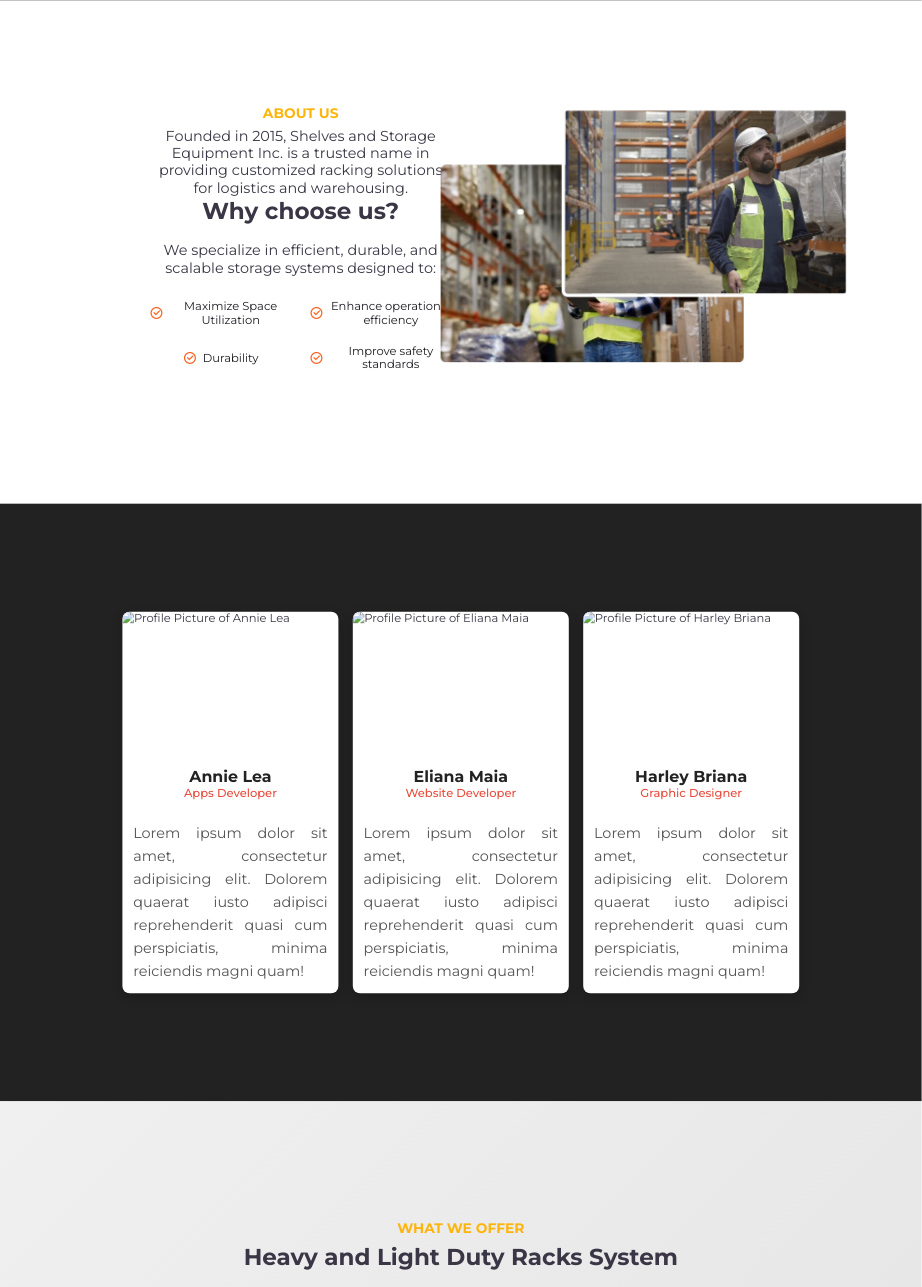
Repository: jahatesu/shelves-and-storage-equipment
Page: index.html
These files come from the project's save history. The page is drawn as it stood at one moment and after the next save; the edit follows.
The browser window is 1280 px wide. The pictures show the part of the page from y = 720 to 2508 px (the page is 7059 px tall before and 7810 px after), at 72% of full size.
A picture or video elsewhere on the page could not be fetched, so the positions and the page height are approximate. Backgrounds fixed to the window are drawn as part of the page. Some web fonts or font styles are not loaded; a fallback is used. Some web libraries are served in a nearby version.

Above is the page before, as saved 2025-01-25 19:17:02.
Console error: TypeError: Cannot read properties of null (reading 'querySelector')

### index.html
<!DOCTYPE html>
<html lang="en">
<head>
    <meta charset="UTF-8">
    <meta name="viewport" content="width=device-width, initial-scale=1.0">
    <!-- Remix Icons -->
    <link rel="stylesheet" href="https://cdnjs.cloudflare.com/ajax/libs/remixicon/4.2.0/remixicon.css">
    <!-- Swiper CSS -->
    <link rel="stylesheet" href="assets\js\swiper-bundle.min.js" />
    <!-- CSS -->
    <link rel="stylesheet" href="style.css">
    <script src="https://cdnjs.cloudflare.com/ajax/libs/jquery/3.7.1/jquery.min.js"></script>
    <title>Shelves and Storage</title>
    <link rel="stylesheet" href="https://fonts.googleapis.com/css?family=Material+Symbols+Rounded&opsz,wght,FILL,GRAD@48,400,0,0" />
    <script  src="https://kit.fontawesome.com/64d58efce2.js" crossorigin="anonymous" ></script>
</head>

<body>

    <!-- Navigation Bar -->
    <header class="transparent">
        <div class="logo">
            <img src="assets\images\logo.png" alt="Shelves and Storage Logo">
        </div>

        <div class="navigation">
            <input type="checkbox" id="nav-checkbox">
            <label for="nav-checkbox" class="nav-toggle">
                <i class="ri-menu-fill"></i>
            </label>

            <ul class="nav-menu">
                <li><a href="#">Home</a></li>
                <li><a href="#">About Us</a></li>
                <li><a href="#">Services</a></li>
                <li><a href="#">Products</a></li>
                <li><a href="#">Contact Us</a></li>
            </ul>
        </div>
    </header>

    <!-- Hero Section -->
    <div class="hero">
        <h1 class="animate__animated animate__fadeInDown">Shelves and Storage Equipment</h1>
        <h3 class="animate__animated animate__fadeInUp">Storage and Racking Expert</h3>
    </div>



<!-- About Section -->
<section class="about section" id="about">
    <div class="about_container container grid">
        <div class="about_data">
            <span class="section_subtitle">ABOUT US</span>
            <p>
                Founded in 2015, Shelves and Storage Equipment Inc. is a trusted name in providing customized racking solutions for logistics and warehousing.
            </p>
            <h2 class="section_title">Why choose us?</h2>
            <p class="about_description">
                We specialize in efficient, durable, and scalable storage systems designed to:
            </p>
            <ul class="about_list grid">
                <li class="about_list-item">
                    <i class="ri-checkbox-circle-line"></i>
                    <span>Maximize Space Utilization</span>
                </li>
                <li class="about_list-item">
                    <i class="ri-checkbox-circle-line"></i>
                    <span>Enhance operational efficiency</span>
                </li>
                <li class="about_list-item">
                    <i class="ri-checkbox-circle-line"></i>
                    <span> Durability</span>
                </li>
                <li class="about_list-item">
                    <i class="ri-checkbox-circle-line"></i>
                    <span>Improve safety standards</span>
                </li>
            </ul>
        </div>
        <div class="about_images">
            <img src="assets/images/about_img1.png" alt="image" class="about_img1">
            <img src="assets/images/about_img2.png" alt="image" class="about_img2">
        </div>
    </div>
</section>

<!-- Services Section -->
<div class="services-container">
    <div class="service-card">
      <div class="card-image">
        <img src="#" alt="Profile Picture of Annie Lea">
      </div>
      <div class="card-header">
        <h3 class="name">Annie Lea</h3>
        <p class="role">Apps Developer</p>
      </div>
      <div class="card-content">
        <p>Lorem ipsum dolor sit amet, consectetur adipisicing elit. Dolorem quaerat iusto adipisci reprehenderit quasi cum perspiciatis, minima reiciendis magni quam!</p>
      </div>
    </div>
    <div class="service-card">
      <div class="card-image">
        <img src="#" alt="Profile Picture of Eliana Maia">
      </div>
      <div class="card-header">
        <h3 class="name">Eliana Maia</h3>
        <p class="role">Website Developer</p>
      </div>
      <div class="card-content">
        <p>Lorem ipsum dolor sit amet, consectetur adipisicing elit. Dolorem quaerat iusto adipisci reprehenderit quasi cum perspiciatis, minima reiciendis magni quam!</p>
      </div>
    </div>
    <div class="service-card">
      <div class="card-image">
        <img src="#" alt="Profile Picture of Harley Briana">
      </div>
      <div class="card-header">
        <h3 class="name">Harley Briana</h3>
        <p class="role">Graphic Designer</p>
      </div>
      <div class="card-content">
        <p>Lorem ipsum dolor sit amet, consectetur adipisicing elit. Dolorem quaerat iusto adipisci reprehenderit quasi cum perspiciatis, minima reiciendis magni quam!</p>
      </div>
    </div>
  </div>

<!-- what we offer -->
<section class="services section" id="services">
    <div class="services_container container grid">
        <div class="services_data">
            <div>
                <span class="section_subtitle">WHAT WE OFFER</span>
                <h2 class="section_title">Heavy and Light Duty Racks System</h2>
            </div>
        </div>
        <div class="services_grid">
            <article class="services_card">
                <div class="services_icon">
                    <img src="/assets/images/driveInRack.jpg" alt="Drive in Rack">
                </div>
                <h3 class="services_title">Drive in Rack</h3>
                <p>
                    Forklifts drive into storage lanes, reducing aisle space. Perfect for bulk storage.
                </p>
            </article>
            <article class="services_card">
                <div class="services_icon">
                    <img src="assets/images/cantileverRack.jpg" alt="Cantilever Rack">
                </div>
                <h3 class="services_title">Cantilever Rack</h3>
                <p>
                    Ideal for long, bulky items. Easy loading and unloading, maximizes space. Available in single or double-sided options.
                </p>
            </article>
            <article class="services_card">
                <div class="services_icon">
                    <img src="assets/images/mezzanineFloorRack.jpg" alt="Mezzanine Floor">
                </div>
                <h3 class="services_title">Mezzanine Floor</h3>
                <p>
                    Cost-effective, customizable, and durable. Ideal for storage, offices, or production areas.
                </p>
            </article>
            <article class="services_card">
                <div class="services_icon">
                    <img src="assets/images/radioShuttle.jpeg" alt="Radio Shuttle">
                </div>
                <h3 class="services_title">Radio Shuttle Racking</h3>
                <p>
                    Optimize warehouse space and efficiency. Semi-automated, high-density storage. Fast pallet handling, both FIFO and LIFO.
                </p>
            </article>
        </div>
    </div>
</section>

<!-- products -->
<section class="projects section" id="projects">
    <h2 class="section_title_products">Our Products</h2>
    <div class="projects_container container grid">
        <article class="projects_card">
            <img src="assets/images/narrowAisle.jpg" alt="Narrow Aisle Pallet Racking" class="projects_img">
            <div class="projects_data">
                <h2 class="projects_title">Narrow Aisle Pallet Racking</h2>
            </div>
        </article>
        <article class="projects_card">
            <img src="assets/images/doubleDeep.jpg" alt="Double Deep Pallet Racking" class="projects_img">
            <div class="projects_data">
                <h2 class="projects_title">Double Deep Pallet Racking</h2>
            </div>
        </article>
        <article class="projects_card">
            <img src="assets/images/lightDuty.webp" alt="Light Duty Shelves" class="projects_img">
            <div class="projects_data">
                <h2 class="projects_title">Light Duty Shelves</h2>
            </div>
        </article>
        <article class="projects_card">
            <img src="assets/images/boltLess.webp" alt="Boltless Racks" class="projects_img">
            <div class="projects_data">
                <h2 class="projects_title">Boltless Racks</h2>
            </div>
        </article>
        <article class="projects_card">
            <img src="assets/images/counterBalance.jpg" alt="Tailift Counter Balance" class="projects_img">
            <div class="projects_data">
                <h2 class="projects_title">Tailift Counter Balance</h2>
            </div>
        </article>
        <article class="projects_card">
            <img src="assets/images/reachTruck.jpg" alt="Tailift Reach Truck" class="projects_img">
            <div class="projects_data">
                <h2 class="projects_title">Tailift Reach Truck</h2>
            </div>
        </article>
        <article class="projects_card">
            <img src="assets/images/palletRack.webp" alt="Pallet Rack" class="projects_img">
            <div class="projects_data">
                <h2 class="projects_title">Pallet Rack</h2>
            </div>
        </article>
        <article class="projects_card">
            <img src="assets/images/slottedRack.webp" alt="Slotted Rack" class="projects_img">
            <div class="projects_data">
                <h2 class="projects_title">Slotted Rack</h2>
            </div>
        </article>
        <article class="projects_card">
            <img src="assets/images/smRack.webp" alt="Supermarket Rack" class="projects_img">
            <div class="projects_data">
                <h2 class="projects_title">Supermarket Rack</h2>
            </div>
        </article>
        <article class="projects_card">
            <img src="assets/images/shoppingTrolley.jpg" alt="Shopping Trolley" class="projects_img">
            <div class="projects_data">
                <h2 class="projects_title">Shopping Trolley</h2>
            </div>
        </article>
        <article class="projects_card">
            <img src="assets/images/shoppingBasket.jpg" alt="Shopping Basket" class="projects_img">
            <div class="projects_data">
                <h2 class="projects_title">Shopping Basket</h2>
            </div>
        </article>
        <article class="projects_card">
            <img src="assets/images/binBoxes.jpg" alt="Bin Boxes" class="projects_img">
            <div class="projects_data">
                <h2 class="projects_title">Bin Boxes</h2>
            </div>
        </article>
        <article class="projects_card">
            <img src="assets/images/shelving.jpeg" alt="Shelving" class="projects_img">
            <div class="projects_data">
                <h2 class="projects_title">Shelving</h2>
            </div>
        </article>
        <article class="projects_card">
            <img src="assets/images/handPallet.webp" alt="Hand Pallet" class="projects_img">
            <div class="projects_data">
                <h2 class="projects_title">Hand Pallet</h2>
            </div>
        </article>
    </div>
</section>

<!-- contacts -->
<div class="container_contact">
    <span class="big-circle"></span>
    <img src="img/shape.png" class="square" alt="" />
    <div class="form">
      <div class="contact-info">
        <h3 class="title">Let's get in touch</h3>
        <p class="text">
          Lorem ipsum dolor sit amet consectetur adipisicing elit. Saepe
          dolorum adipisci recusandae praesentium dicta!
        </p>

        <div class="info">
          <div class="information">
            <img src="img/location.png" class="icon" alt="" />
            <p>Manila - Philippines</p>
          </div>
          <div class="information">
            <img src="img/email.png" class="icon" alt="" />
            <p>shelvesandstorage.ph@gmail.com<br>
                sseisales3@gmail.com</p>
          </div>
          <div class="information">
            <img src="img/phone.png" class="icon" alt="" />
            <p>0966 750 5869<br>
                (02) 8637 3371</p>
          </div>
        </div>

        <div class="social-media">
          <p>Connect with us :</p>
          <div class="social-icons">
            <a href="#">
              <i class="fab fa-facebook-f"></i>
            </a>
            <a href="#">
              <i class="fab fa-twitter"></i>
            </a>
            <a href="#">
              <i class="fab fa-instagram"></i>
            </a>
            <a href="#">
              <i class="fab fa-linkedin-in"></i>
            </a>
          </div>
        </div>
      </div>

      <div class="contact-form">
        <span class="circle one"></span>
        <span class="circle two"></span>

        <form action="index.html" autocomplete="off">
          <h3 class="title">Contact us</h3>
          <div class="input-container">
            <input type="text" name="name" class="input" />
            <label for="">Username</label>
            <span>Username</span>
          </div>
          <div class="input-container">
            <input type="email" name="email" class="input" />
            <label for="">Email</label>
            <span>Email</span>
          </div>
          <div class="input-container">
            <input type="tel" name="phone" class="input" />
            <label for="">Phone</label>
            <span>Phone</span>
          </div>
          <div class="input-container textarea">
            <textarea name="message" class="input"></textarea>
            <label for="">Message</label>
            <span>Message</span>
          </div>
          <input type="submit" value="Send" class="btn" />
        </form>
      </div>
    </div>
  </div>

  <!-- footer -->
  <footer class="footer">
    <div class="footer_container container grid">
        <div>
            <a href="#" class="footer_logo">
                <img src="assets\images\footerLogo.png" alt="footer logo">
            </a>

            <p class="footer_description">Storage and Racking Expert</p>

            <address class="footer_email">Email: shelvesandstorage.ph@gmail.com</address>
        </div>

        <div class="footer_content grid">
            <div>
                <h3 class="footer_title">Company</h3>
                <ul class="footer_links">
                    <li>
                        <a href="#about" class="footer_link">About Us</a>
                    </li>

                    <li>
                        <a href="#services" class="footer_link">Services</a>
                    </li>

                    <li>
                        <a href="#projects" class="footer_link">Projects</a>
                    </li>
                </ul>
        </div>

        <div>
            <h3 class="footer_title">Information</h3>
            <ul class="footer_list">
                <li>
                    <address class="footer_info">Manila - Philippines</address>
                </li>

                <li>
                </li>

            </ul>
    </div>

    <div>
        <h3 class="footer_title">Social Media</h3>

        <div class="footer_social">
            <a href="#" target="_blank" class="footer_social-link">
                <i class="ri-facebook-circle-line"></i>
            </a>

            <a href="#" target="_blank" class="footer_social-link">
                <i class="ri-instagram-line"></i>
            </a>

            <a href="#" target="_blank" class="footer_social-link">
                <i class="ri-twitter-x-line"></i>
            </a>
        </div>
</div>

    </div>

    <span class="footer_copy">

    </span>
</footer>

<script src="main.js">
</script>

</body>
</html>

Loaded but not shown: assets/js/swiper-bundle.min.js (library); main.js (103 lines, source omitted); style.css (1369 lines, source omitted)

After the next save:
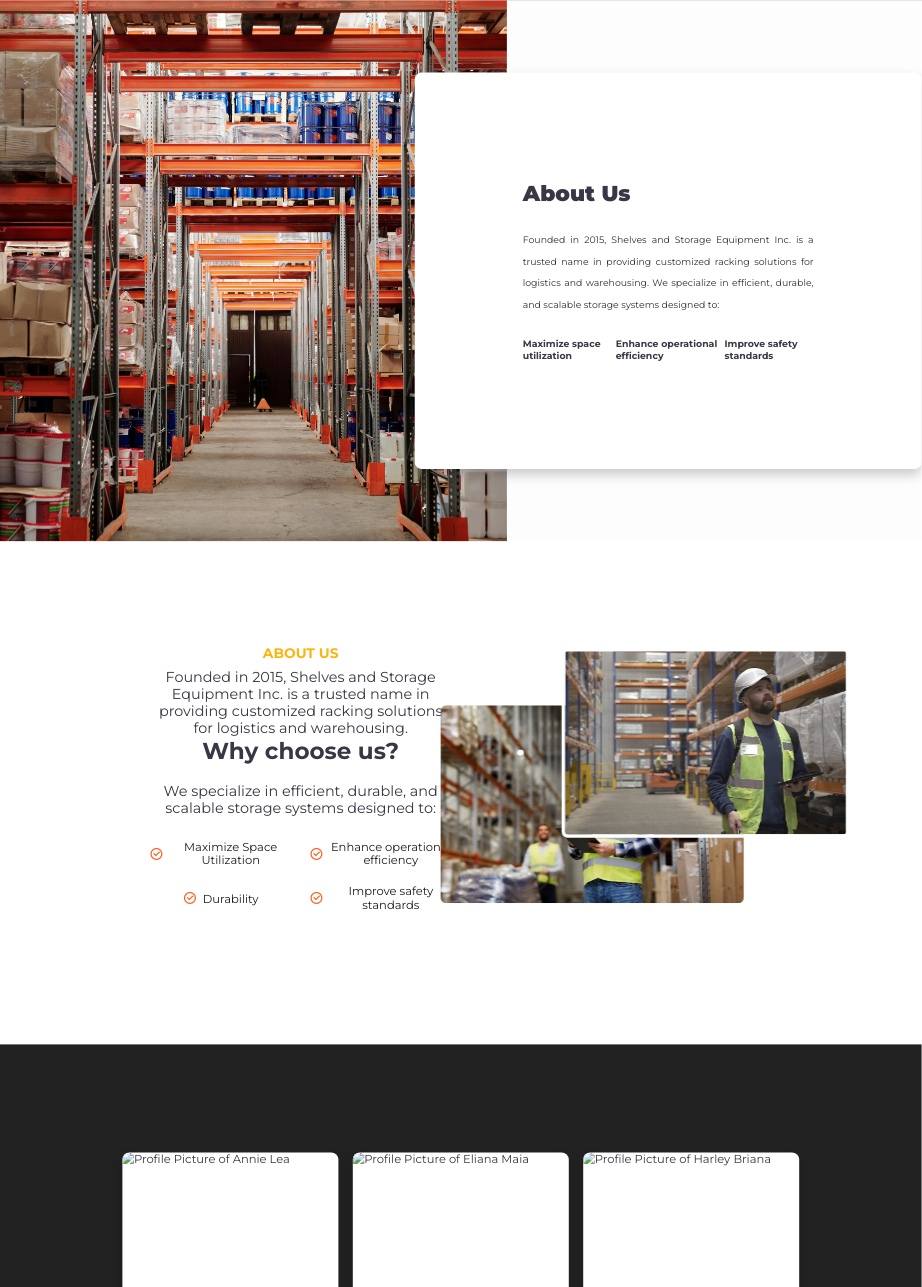
Saved 6 s later.
--- a/index.html
+++ b/index.html
@@ -45,7 +45,21 @@
         <h3 class="animate__animated animate__fadeInUp">Storage and Racking Expert</h3>
     </div>
 
-
+    <!-- about -->
+
+    <div class="about-section">
+        <div class="inner-container">
+            <h1>About Us</h1>
+            <p class="text">
+                Founded in 2015, Shelves and Storage Equipment Inc. is a trusted name in providing customized racking solutions for logistics and warehousing. We specialize in efficient, durable, and scalable storage systems designed to:
+            </p>
+            <div class="skills">
+                <span>Maximize space utilization</span>
+                <span>Enhance operational efficiency</span>
+                <span>Improve safety standards</span>
+            </div>
+        </div>
+    </div>
 
 <!-- About Section -->
 <section class="about section" id="about">
